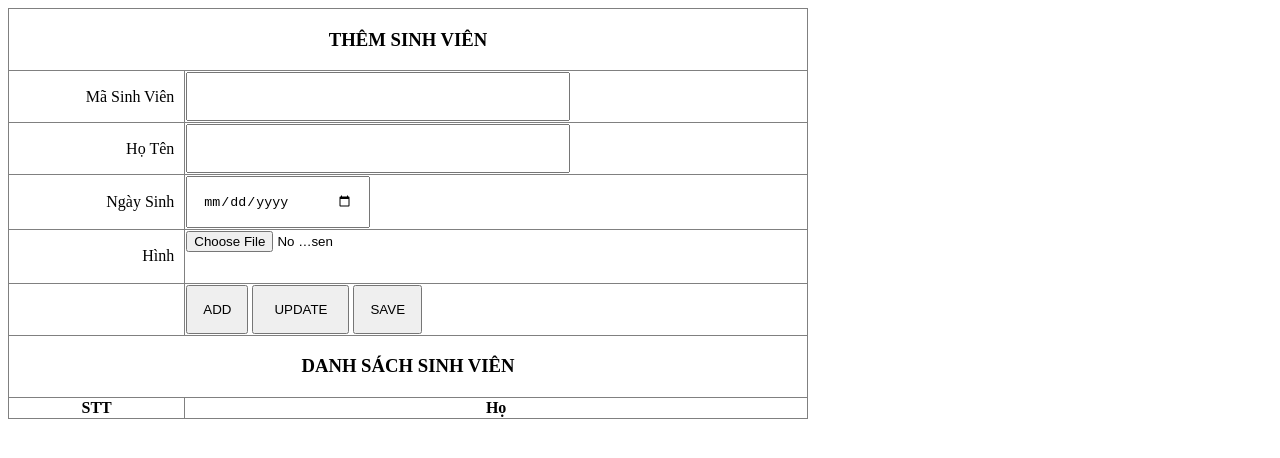
Repository: Tan-Khang21/TH_TKW--Buoi_04
Page: Bai_Tap_Mau/Bai_04/Bai_04.html
An editor plug-in stored every save of this project. The page is shown before and after the next save, followed by the edit.
The browser window is 1280 px wide. The pictures show the whole page.

Above is the page before, as saved 2024-03-06 10:01:36.

After the next save:
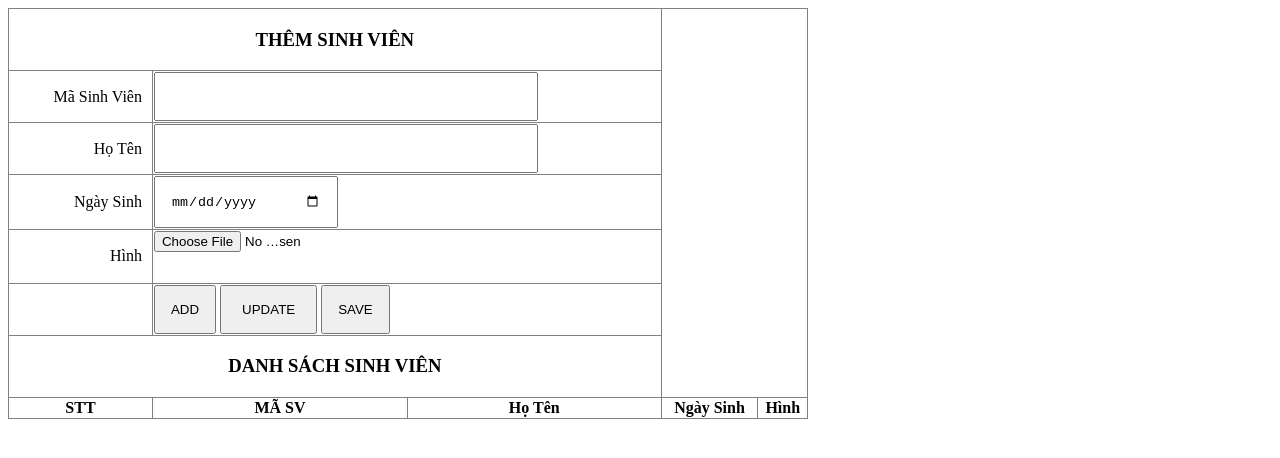
Saved 65 s later.
--- a/Bai_Tap_Mau/Bai_04/Bai_04.html
+++ b/Bai_Tap_Mau/Bai_04/Bai_04.html
@@ -37,7 +37,10 @@
         </tr>
         <tr>
             <th>STT</th>
-            <th>Họ</th>
+            <th>MÃ SV</th>
+            <th>Họ Tên</th>
+            <th>Ngày Sinh</th>
+            <th>Hình</th>
         </tr>
     </table>
 </body>
